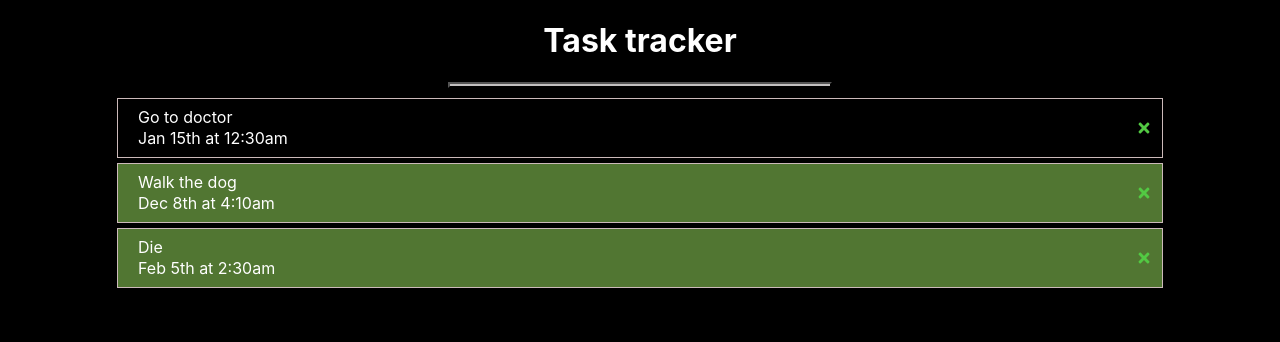
Repository: roscaImarius/task-tracker-react
Page: /
These files come from the project's save history. The page is drawn as it stood at one moment and after the next save; the edit follows.
The browser window is 1280 px wide. The pictures show the whole page.
The project was rebuilt for these pictures with package versions that can differ from the ones it lists, and the page was loaded fresh each time. Also part of the build but not shown: src/components/AddTask.js.

Above is the page before, as saved 2021-03-31 13:13:33.

After the next save:
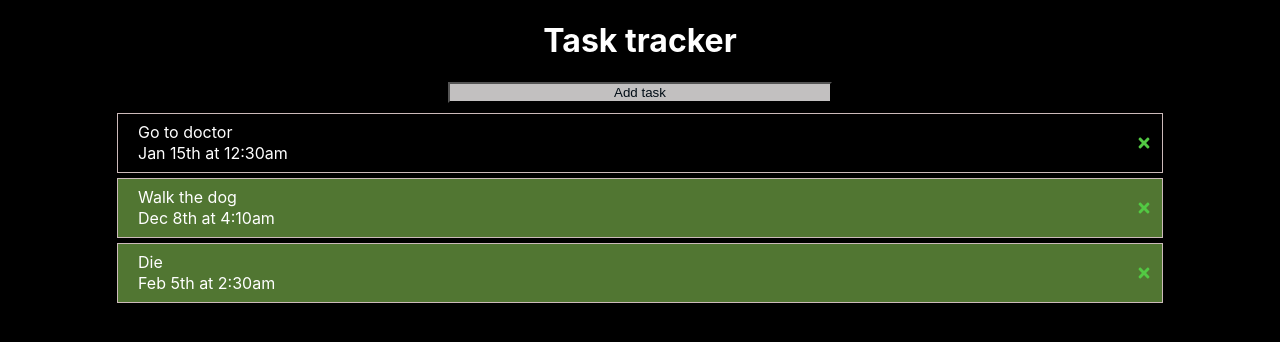
Saved 3 s later.
--- a/src/components/Button.js
+++ b/src/components/Button.js
@@ -7,7 +7,7 @@ const Button = ({ color, showAdd, onClick }) => {
       style={{ backgroundColor: color, marginBottom: "10px" }}
       className="add-btn"
     >
-      {/* {showAdd ? "Cancel add task " : "Add task"} */}
+      {showAdd ? "Cancel add task " : "Add task"}
     </button>
   );
 };
